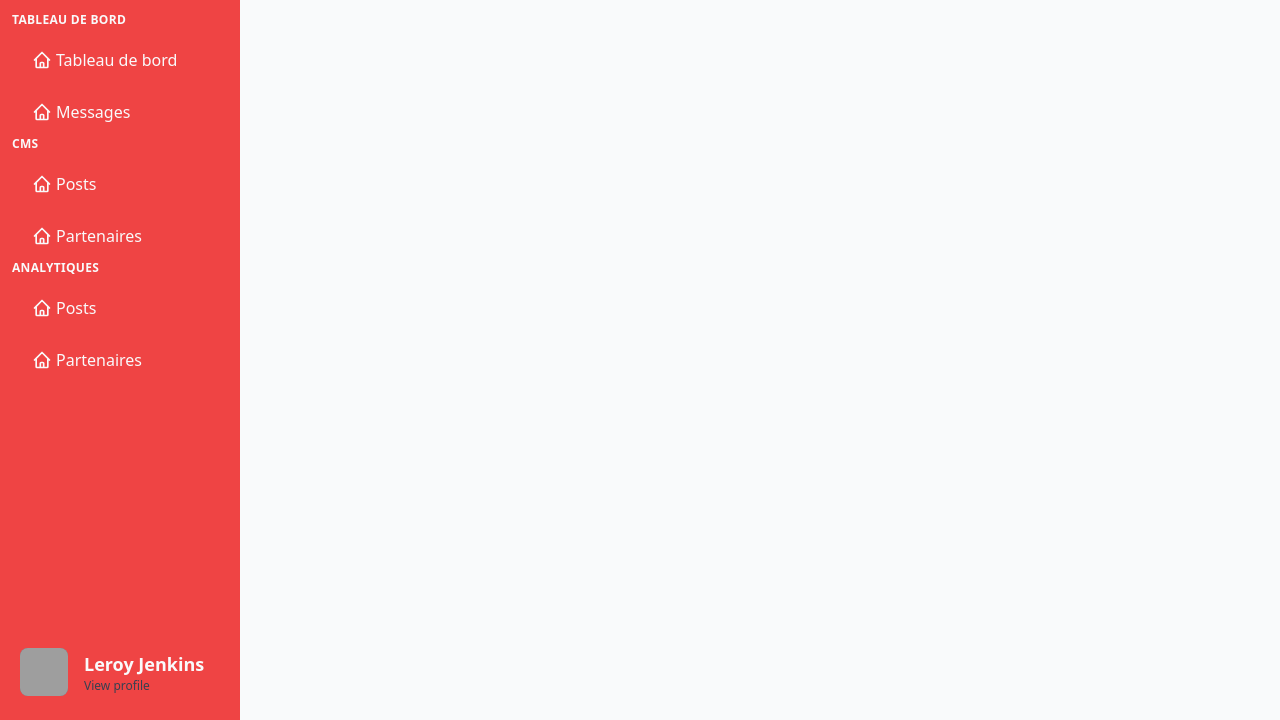
Repository: erulabs243/museum
Page: /dashboard
An editor plug-in stored every save of this project. The page is shown before and after the next save, followed by the edit.
The browser window is 1280 px wide. The pictures show the whole page.
Pictures or frames that could not be fetched are drawn as grey boxes. The project was rebuilt for these pictures with package versions that can differ from the ones it lists, and the page was loaded fresh each time. Also part of the build but not shown: vite.config.js, src/pages/admin/Home.jsx, src/components/atoms/headers/NavLink.jsx, src/components/atoms/headers/Button.jsx, src/components/atoms/TagBadge.jsx, src/components/atoms/MyAudioPlayer.jsx, src/components/atoms/MyVideoPlayer.jsx, src/components/atoms/MediaCard.jsx and 24 more.

Above is the page before, as saved 2022-08-10 20:00:49.

### index.html
<!DOCTYPE html>
<html lang="en">
  <head>
    <meta charset="UTF-8" />
    <link rel="icon" type="image/svg+xml" href="/vite.svg" />
    <link rel="stylesheet" href="src/theme/App.css">
    <meta name="viewport" content="width=device-width, initial-scale=1.0" />
    <title>Museum...</title>
  </head>
  <body class="bg-gray-50">
    <div id="root"></div>
    <script type="module" src="/src/main.jsx"></script>
  </body>
</html>

### src/App.jsx
'use strict';

import { BrowserRouter, Route, Routes } from 'react-router-dom';
import { AdminRoutes, CommonsRoutes, UserRoutes, AuthRoutes } from './routes';

const App = () => {
    return (
        <BrowserRouter>
            <Routes>
                {AuthRoutes.map((route) => (
                    <Route path={route.path} key={route.path} element={route.element} />
                ))}
                {UserRoutes.map((route) => (
                    <Route path={route.path} key={route.path} element={route.element} />
                ))}
                {AdminRoutes.map((route) => (
                    <Route path={route.path} key={route.path} element={route.element} />
                ))}
                {CommonsRoutes.map((route) => (
                    <Route path={route.path} key={route.path} element={route.element} />
                ))}
            </Routes>
        </BrowserRouter>
    );
};

export default App;

### src/routes/index.jsx
'use strict';

import AdminRoutes from "./AdminRoutes";
import CommonsRoutes from "./CommonsRoutes";
import UserRoutes from "./UserRoutes";
import AuthRoutes from "./AuthRoutes";

export {UserRoutes, AdminRoutes, CommonsRoutes, AuthRoutes};

### src/routes/AdminRoutes.jsx
'use strict';

import { Contact, Dashboard, Post } from '../pages/admin';

const AdminRoutes = [
    {
        path: '/dashboard',
        element: <Dashboard />
    },
    {
        path: '/post',
        element: <Post />
    },
    {
        path: '/contacts',
        element: <Contact />
    }
];

export default AdminRoutes;

### src/routes/CommonsRoutes.jsx
'use strict';

import { NotFound } from '../pages/commons';

const CommonsRoutes = [
    {
        path: '*',
        element: <NotFound />
    }
];

export default CommonsRoutes;

### src/routes/UserRoutes.jsx
'use strict';

import {
    About,
    Contact,
    Gallery,
    Home,
    Library,
    Podcast,
    Story,
    Testimonials,
    Videos
} from '../pages/user';

const UserRoutes = [
    {
        path: '/',
        element: <Home />
    },
    {
        path: '/contact',
        element: <Contact />
    },
    {
        path: '/library',
        element: <Library />
    },
    {
        path: '/stories',
        element: <Testimonials />
    },
    {
        path: '/stories/:slug',
        element: <Story />
    },
    {
        path: '/gallery',
        element: <Gallery />
    },
    {
        path: '/videos',
        element: <Videos />
    },
    {
        path: '/podcast',
        element: <Podcast />
    },
    {
        path: '/about',
        element: <About />
    }
];

export default UserRoutes;

### src/routes/AuthRoutes.jsx
'use strict';

import { Login } from '../pages/auth';

const AuthRoutes = [
    {
        path: '/login',
        element: <Login />
    }
];

export default AuthRoutes;

### src/pages/admin/index.jsx
'use strict';

import Home from './Home';
import Dashboard from './Dashboard';
import Contact from './Contact';
import Post from './Post';

export { Home, Dashboard, Contact, Post };

### src/pages/commons/index.jsx
'use strict';

import NotFound from './NotFound';

export { NotFound };

### src/pages/user/index.jsx
'use strict';

import Blog from './Blog';
import Contact from './Contact';
import Gallery from './Gallery';
import Library from './Library';
import Podcast from './Podcast';
import Testimonials from './Testimonials';
import Videos from './Videos';
import Home from './Home';
import Story from './Story';
import About from './About';

export { Home, Blog, Contact, Gallery, Library, Podcast, Testimonials, Videos, Story, About };

### src/pages/auth/index.jsx
'use strict';

import Login from "./Login";

export {Login};

### src/pages/admin/Dashboard.jsx
'use strict';

import { AdminSidebar } from '../../components/sections';

const Dashboard = () => {
    return (
        <main>
            <AdminSidebar />
        </main>
    );
};

export default Dashboard;

### src/components/sections/index.jsx
'use strict';

import Navbar from './Navbar';
import Footer from './Footer';
import Testimonial from './Testimonial';
import LibraryHeader from './LibraryHeader';
import Pagination from './Pagination';
import Article from './Article';
import Image from './Image';
import Modal from './Modal';
import AdminSidebar from './AdminSidebar';

export {
    Navbar,
    Footer,
    Testimonial,
    LibraryHeader,
    Pagination,
    Article,
    Image,
    Modal,
    AdminSidebar
};

### src/components/sections/AdminSidebar.jsx
'use strict';

import { HomeIcon, LogoutIcon } from '@heroicons/react/outline';

const AdminSidebar = () => {
    return (
        <div className="flex flex-col h-screen p-3 w-60 bg-red-500 text-gray-50">
            <div className="space-y-2">
                <h2 className="text-xs font-semibold tracking-wide uppercase dark:text-gray-700">
                    Tableau de bord
                </h2>
                <div className="flex flex-col space-y-1">
                    <a
                        rel="noopener noreferrer"
                        href="#"
                        className="flex flex-row items-center py-3 px-5 rounded-lg hover:bg-gray-700">
                        <HomeIcon className="w-5 h-5 mr-1" />
                        <span>Tableau de bord</span>
                    </a>
                    <a
                        rel="noopener noreferrer"
                        href="#"
                        className="flex flex-row items-center py-3 px-5 rounded-lg hover:bg-gray-700">
                        <HomeIcon className="w-5 h-5 mr-1" />
                        <span>Messages</span>
                    </a>
                </div>
            </div>
            <div className="space-y-2">
                <h2 className="text-xs font-semibold tracking-wide uppercase dark:text-gray-700">
                    CMS
                </h2>
                <div className="flex flex-col space-y-1">
                    <a
                        rel="noopener noreferrer"
                        href="#"
                        className="flex flex-row items-center py-3 px-5 rounded-lg hover:bg-gray-700">
                        <HomeIcon className="w-5 h-5 mr-1" />
                        <span>Posts</span>
                    </a>
                    <a
                        rel="noopener noreferrer"
                        href="#"
                        className="flex flex-row items-center py-3 px-5 rounded-lg hover:bg-gray-700">
                        <HomeIcon className="w-5 h-5 mr-1" />
                        <span>Partenaires</span>
                    </a>
                </div>
            </div>
            <div className="space-y-2">
                <h2 className="text-xs font-semibold tracking-wide uppercase dark:text-gray-700">
                    Analytiques
                </h2>
                <div className="flex flex-col space-y-1">
                    <a
                        rel="noopener noreferrer"
                        href="#"
                        className="flex flex-row items-center py-3 px-5 rounded-lg hover:bg-gray-700">
                        <HomeIcon className="w-5 h-5 mr-1" />
                        <span>Posts</span>
                    </a>
                    <a
                        rel="noopener noreferrer"
                        href="#"
                        className="flex flex-row items-center py-3 px-5 rounded-lg hover:bg-gray-700">
                        <HomeIcon className="w-5 h-5 mr-1" />
                        <span>Partenaires</span>
                    </a>
                </div>
            </div>
            <div className="flex items-center p-2 mt-12 space-x-4 justify-self-end absolute bottom-4">
                <img
                    src="https://source.unsplash.com/100x100/?portrait"
                    alt=""
                    className="w-12 h-12 rounded-lg bg-gray-500"
                />
                <div>
                    <h2 className="text-lg font-semibold">Leroy Jenkins</h2>
                    <span className="flex items-center space-x-1">
                        <a
                            rel="noopener noreferrer"
                            href="#"
                            className="text-xs hover:underline text-gray-700">
                            View profile
                        </a>
                    </span>
                </div>
            </div>
        </div>
    );
};

export default AdminSidebar;

Loaded but not shown: src/main.jsx (common file); src/theme/App.css (2450 lines, source omitted)

After the next save:
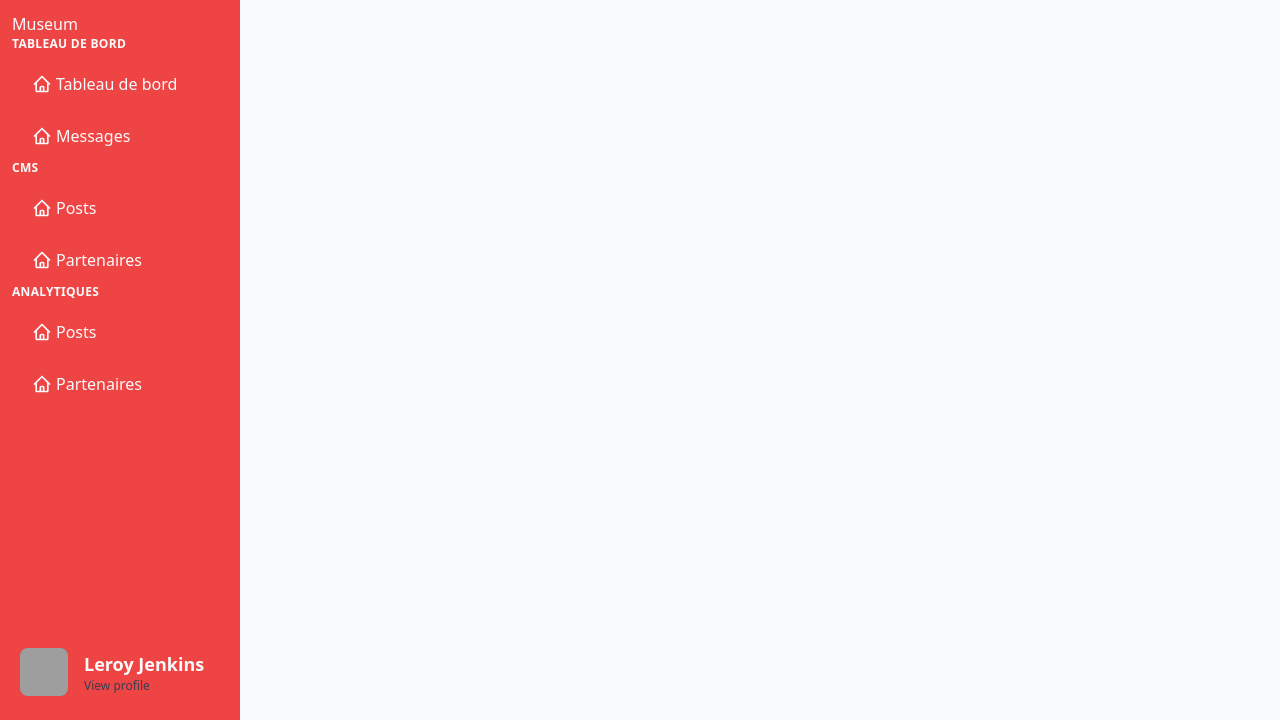
Saved 54 s later.
--- a/src/components/sections/AdminSidebar.jsx
+++ b/src/components/sections/AdminSidebar.jsx
@@ -1,10 +1,17 @@
 'use strict';
 
 import { HomeIcon, LogoutIcon } from '@heroicons/react/outline';
+import { Link } from 'react-router-dom';
 
 const AdminSidebar = () => {
     return (
         <div className="flex flex-col h-screen p-3 w-60 bg-red-500 text-gray-50">
+            <div className="flex flex-col">
+                <Link to="/dashboard" className="text-gray-50">
+                    Museum
+                </Link>
+            </div>
+
             <div className="space-y-2">
                 <h2 className="text-xs font-semibold tracking-wide uppercase dark:text-gray-700">
                     Tableau de bord
